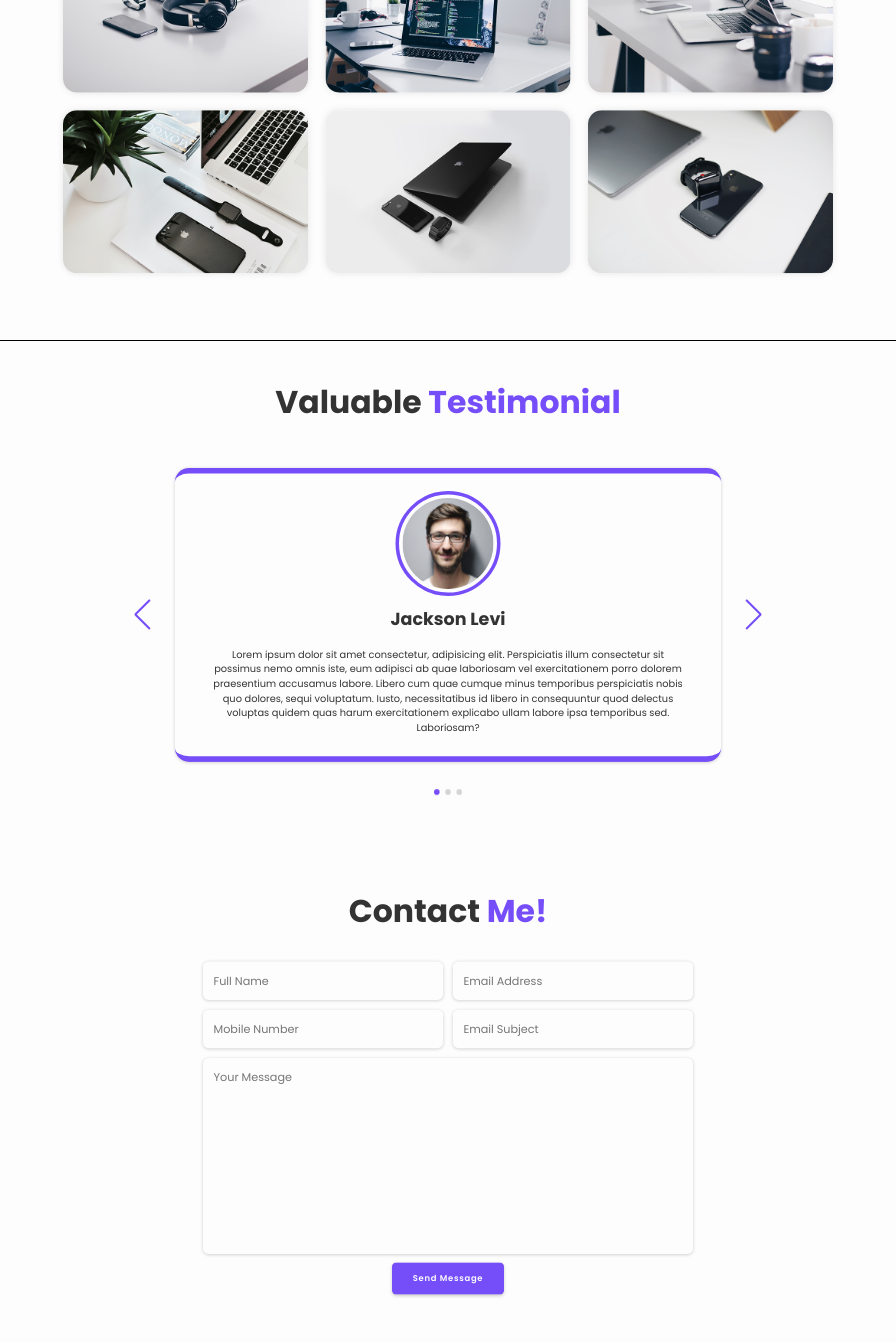
Repository: Gabi-Augusto/Portfolio
Page: index.html
An editor plug-in stored every save of this project. The page is shown before and after the next save, followed by the edit.
The browser window is 1280 px wide. The pictures show the part of the page from y = 2418 to 4338 px (the page is 4337 px tall before and 4338 px after), at 70% of full size.

Above is the page before, as saved 2023-11-29 21:01:25.

### index.html
<!DOCTYPE html>
<html lang="en">

<head>
    <meta charset="UTF-8">
    <meta http-equiv="X-UA-Compatible" content="IE=edge">
    <meta name="viewport" content="width=device-width, initial-scale=1.0">
    <title>Portfolio Website Design | Gabriela Augusto</title>

    <!-- swiper css -->
    <link rel="stylesheet" href="https://cdn.jsdelivr.net/npm/swiper@9/swiper-bundle.min.css" />

    <!-- box icons -->
    <link href='https://unpkg.com/boxicons@2.1.4/css/boxicons.min.css' rel='stylesheet'>

    <!-- custom css -->
    <link rel="stylesheet" href="css/style.css">
</head>

<body>

    <!-- header design -->
    <header class="header">
        <a href="#" class="logo">Portfolio.</a>

        <nav class="navbar">
            <a href="#home" class="active">Home</a>
            <a href="#about">About</a>
            <a href="#services">Services</a>
            <a href="#portfolio">Portfolio</a>
            <a href="#contact">Contact</a>
        </nav>

        <div class="bx bx-moon" id="darkMode-icon"></div>
    </header>

    <!-- home section design -->
    <section class="home" id="home">
        <div class="home-content">
            <h3>Hello, I am</h3>
            <h1>Gabriela Augusto</h1>
            <p>Lorem ipsum, dolor sit amet consectetur adipisicing elit. Veritatis sequi amet numquam sunt eius quae deleniti dolore voluptatum.</p>

            <div class="social-media">
                <a href="#"><i class='bx bxl-instagram-alt'></i></a>
                <a href="#"><i class='bx bxl-linkedin' ></i></a>
                <a href="#"><i class='bx bxl-github' ></i></a>
            </div>

            <a href="#" class="btn">Download CV</a>
        </div>

        <div class="profession-container">
            <div class="profession-box">
                <div class="profession" style="--i:0;">
                    <i class='bx bx-cloud'></i>
                    <h3>Salesforce Developer</h3>
                </div>
                <div class="profession" style="--i:1;">
                    <i class='bx bx-bulb'></i>
                    <h3>Business Analyst</h3>
                </div>
                <div class="profession" style="--i:2;">
                    <i class='bx bx-palette'></i>
                    <h3>Web Designer</h3>
                </div>
                <div class="profession" style="--i:3;">
                    <i class='bx bx-code-alt' ></i>
                    <h3>FullStack Developer</h3>
                </div>
                <div class="circle"></div>
            </div>
            <div class="overlay"></div>
        </div>
        <div class="home-img">
            <img src="imagens/home.png" alt="">
        </div>
    </section>

    <!-- about section design -->

    <section class="about" id="about">
        <div class="about-img">
            <img src="imagens/about.png" alt="">
        </div>

        <div class="about-content">
            <h2 class="heading">About <span>Me</span></h2>
            <h3>Hi, I'm Here To Help Your Next Project!</h3>
            <p>Lorem ipsum dolor sit, amet consectetur adipisicing elit. Consequatur laudantium reiciendis voluptates maxime optio cumque accusantium sunt temporibus cupiditate! Sed mollitia id doloribus nesciunt odit harum, praesentium aliquid. Soluta, harum est eveniet quos provident veritatis eaque ullam voluptate laudantium deleniti?</p>
            <a href="#" class="btn">Read More</a>
        </div>
    </section>

    <!-- services section design -->

    <section class="services" id="services">
        <h2 class="heading">My <span>Services</span></h2>

        <div class="services-container">
            <div class="services-box">
                <i class='bx bx-code-alt' ></i>
                <h3>Salesforce Development</h3>
                <p>Lorem ipsum dolor sit amet consectetur adipisicing elit. Corrupti quidem blanditiis error dignissimos. Quos eligendi totam quod nesciunt modi harum incidunt accusamus.</p>
                <a href="#" class="btn">Read More</a>
            </div>
            <div class="services-box">
                <i class='bx bxs-paint'></i>
                <h3>Graphic Design</h3>
                <p>Lorem ipsum dolor sit amet consectetur adipisicing elit. Corrupti quidem blanditiis error dignissimos. Quos eligendi totam quod nesciunt modi harum incidunt accusamus.</p>
                <a href="#" class="btn">Read More</a>
            </div>
            <div class="services-box">
                <i class='bx bx-bar-chart-alt'></i>
                <h3>Digital Marketing</h3>
                <p>Lorem ipsum dolor sit amet consectetur adipisicing elit. Corrupti quidem blanditiis error dignissimos. Quos eligendi totam quod nesciunt modi harum incidunt accusamus.</p>
                <a href="#" class="btn">Read More</a>
            </div>
        </div>
    </section>

    <!-- portfolio section design -->

    <section class="portfolio" id="portfolio">
        <h2 class="heading">Latest <span>Project</span></h2>

        <div class="portfolio-container">
            <div class="portfolio-box">
                <img src="imagens/portfolio1.jpg" alt="">

                <div class="portfolio-layer">
                    <h4>Web Desing</h4>
                    <p>Lorem ipsum dolor sit amet consectetur adipisicing elit. Asperiores, ut possimus!</p>
                    <a href="#"><i class='bx bx-link-external' ></i></a>
                </div>
            </div>

            <div class="portfolio-box">
                <img src="imagens/portfolio2.jpg" alt="">

                <div class="portfolio-layer">
                    <h4>Web Desing</h4>
                    <p>Lorem ipsum dolor sit amet consectetur adipisicing elit. Asperiores, ut possimus!</p>
                    <a href="#"><i class='bx bx-link-external' ></i></a>
                </div>
            </div>

            <div class="portfolio-box">
                <img src="imagens/portfolio3.jpg" alt="">

                <div class="portfolio-layer">
                    <h4>Web Desing</h4>
                    <p>Lorem ipsum dolor sit amet consectetur adipisicing elit. Asperiores, ut possimus!</p>
                    <a href="#"><i class='bx bx-link-external' ></i></a>
                </div>
            </div>

            <div class="portfolio-box">
                <img src="imagens/portfolio4.jpg" alt="">

                <div class="portfolio-layer">
                    <h4>Web Desing</h4>
                    <p>Lorem ipsum dolor sit amet consectetur adipisicing elit. Asperiores, ut possimus!</p>
                    <a href="#"><i class='bx bx-link-external' ></i></a>
                </div>
            </div>

            <div class="portfolio-box">
                <img src="imagens/portfolio5.jpg" alt="">

                <div class="portfolio-layer">
                    <h4>Web Desing</h4>
                    <p>Lorem ipsum dolor sit amet consectetur adipisicing elit. Asperiores, ut possimus!</p>
                    <a href="#"><i class='bx bx-link-external' ></i></a>
                </div>
            </div>

            <div class="portfolio-box">
                <img src="imagens/portfolio6.jpg" alt="">

                <div class="portfolio-layer">
                    <h4>Web Desing</h4>
                    <p>Lorem ipsum dolor sit amet consectetur adipisicing elit. Asperiores, ut possimus!</p>
                    <a href="#"><i class='bx bx-link-external' ></i></a>
                </div>
            </div>

        </div>
    </section>

    <!-- testimonial design -->

    <div class="testimonial-container">
        <h2 class="heading">Valuable <span>Testimonial</span></h2>

        <div class="testimonial-wrapper">
            <div class="testimonial-box mySwiper">
                <div class="testimonial-content swiper-wrapper">
                    <div class="testimonial-slide swiper-slide">
                        <img src="imagens/testimonial1.jpg" alt="">
                        <h3>Jackson Levi</h3>
                        <p>Lorem ipsum dolor sit amet consectetur, adipisicing elit. Perspiciatis illum consectetur sit possimus nemo omnis iste, eum adipisci ab quae laboriosam vel exercitationem porro dolorem praesentium accusamus labore. Libero cum quae cumque minus temporibus perspiciatis nobis quo dolores, sequi voluptatum. Iusto, necessitatibus id libero in consequuntur quod delectus voluptas quidem quas harum exercitationem explicabo ullam labore ipsa temporibus sed. Laboriosam?</p>
                    </div>

                    <div class="testimonial-slide swiper-slide">
                        <img src="imagens/testimonial2.jpg" alt="">
                        <h3>Flora Ocean</h3>
                        <p>Lorem ipsum dolor sit amet consectetur, adipisicing elit. Perspiciatis illum consectetur sit possimus nemo omnis iste, eum adipisci ab quae laboriosam vel exercitationem porro dolorem praesentium accusamus labore. Libero cum quae cumque minus temporibus perspiciatis nobis quo dolores, sequi voluptatum. Iusto, necessitatibus id libero in consequuntur quod delectus voluptas quidem quas harum exercitationem explicabo ullam labore ipsa temporibus sed. Laboriosam?</p>
                    </div>

                    <div class="testimonial-slide swiper-slide">
                        <img src="imagens/testimonial3.jpg" alt="">
                        <h3>Julian Grayson</h3>
                        <p>Lorem ipsum dolor sit amet consectetur, adipisicing elit. Perspiciatis illum consectetur sit possimus nemo omnis iste, eum adipisci ab quae laboriosam vel exercitationem porro dolorem praesentium accusamus labore. Libero cum quae cumque minus temporibus perspiciatis nobis quo dolores, sequi voluptatum. Iusto, necessitatibus id libero in consequuntur quod delectus voluptas quidem quas harum exercitationem explicabo ullam labore ipsa temporibus sed. Laboriosam?</p>
                    </div>
                </div>

                <div class="swiper-button-next"></div>
                <div class="swiper-button-prev"></div>
                <div class="swiper-pagination"></div>

            </div>
        </div>
    </div>

    <!-- contact section design -->

    <section class="contact" id="contact">
        <h2 class="heading">Contact <span>Me!</span></h2>

        <form action="#">

            <div class="input-box">
                <input type="text" placeholder="Full Name">
                <input type="email" placeholder="Email Address">
            </div>

            <div class="input-box">
                <input type="number" placeholder="Mobile Number">
                <input type="text" placeholder="Email Subject">
            </div>
            <textarea name="" id="" cols="30" rows="10" placeholder="Your Message"></textarea>
            <input type="submit" value="Send Message" class="btn">
        </form>
    </section>

    <!-- footer design -->


    <!-- scroll reveal -->
    <script src="https://unpkg.com/scrollreveal"></script>

    <!-- swiper js -->
    <script src="https://cdn.jsdelivr.net/npm/swiper@9/swiper-bundle.min.js"></script>

    <!-- custom js -->
    <script src="js/script.js"></script>
</body>

</html>

### css/style.css
@import url('https://fonts.googleapis.com/css2?family=Poppins:wght@300;400;500;600;700;800;900&display=swap');

* {
    margin: 0;
    padding: 0;
    box-sizing: border-box;
    text-decoration: none;
    border: none;
    outline: none;
    scroll-behavior: smooth;
    font-family: 'Poppins', sans-serif;
}

:root {
    --bg-color: #fdfdfd;
    --text-color: #333;
    --main-color: #754ef9;
    --white-color: #fdfdfd;
    --shadow-color: rgba(0, 0, 0, .2);
}

html {
    font-size: 62.5%;
    overflow-x: hidden;
}

body {
    background: var(--bg-color);
    color: var(--text-color);
}

.header {
    position: fixed;
    top: 0;
    left: 0;
    width: 100%;
    padding: 2rem 7%;
    background: transparent;
    display: flex;
    align-items: center;
    z-index: 100;
    transition: .5s;
}

.header.sticky {
    background: var(--bg-color);
    box-shadow: 0 .1rem 1rem var(--shadow-color);
}

.logo {
    font-size: 2.5rem;
    color: var(--main-color);
    font-weight: 600;
    cursor: default;
    margin-right: auto;
}

.navbar a {
    position: relative;
    font-size: 1.7rem;
    color: var(--white-color);
    font-weight: 500;
    margin-right: 3.5rem;
}

.header.sticky .navbar a {
    color: var(--text-color);
}

.header.sticky .navbar a.active {
    color: var(--main-color);
}

.navbar a.active::before{
    content: '';
    position: absolute;
    left: 0;
    bottom: -6px;
    width: 100%;
    height: .2rem;
    background: var(--white-color);
}

.header.sticky .navbar a::before {
    background: var(--main-color);
    opacity: .7;
}

#darkMode-icon {
    font-size: 2.4rem;
    color: var(--white-color);
    cursor: pointer;
}

.header.sticky #darkMode-icon{
    color: var(--text-color);
    opacity: .9;
}

section {
    min-height: 100vh;
    padding: 7rem 7% 2rem;
}

.home {
    display: flex;
    align-items: center;
}

.home .home-content {
    max-width: 44rem;
}

.home-content h3 {
    font-size: 3.2rem;
    font-weight: 700;
    line-height: .3;
}

.home-content h1 {
    font-size: 4.8rem;
    font-weight: 700;
    margin-bottom: .3rem;
}

.home-content p {
    font-size: 1.6rem;
}

.home-content .social-media a {
    display: inline-flex;
    justify-content: center;
    align-items: center;
    width: 4rem;
    height: 4rem;
    background: transparent;
    border: .2rem solid var(--main-color);
    border-radius: 50%;
    box-shadow: 0 .2rem .5rem  var(--shadow-color);
    font-size: 2rem;
    color: var(--main-color);
    margin: 2.5rem 1.5rem 3rem 0;
    transition: .5s ease;
}

.home-content .social-media a:hover {
    background: var(--main-color);
    color: var(--white-color);
}

.btn {
    display: inline-block;
    padding: 1.2rem 2.8rem;
    background: var(--main-color);
    border-radius: .6rem;
    box-shadow: 0 .2rem .5rem var(--shadow-color);
    font-size: 1.2rem;
    color: var(--white-color);
    letter-spacing: .1rem;
    font-weight: 600;
    border: .2rem solid transparent;
    transition: .5s ease;
}

.btn:hover {
    background: transparent;
    color: var(--main-color);
    border-color: var(--main-color);
}

.home .profession-container {
    position: absolute;
    top: 48%;
    right: 30px;
    transform: translateY(-50%);
    width: 680px;
    height: 680px;
    overflow: hidden;
    pointer-events: none;
}

.home .profession-container .profession-box {
    position: absolute;
    top: 0;
    right: 0;
    width: 680px;
    height: 680px;
    border-radius: 50%;
    display: flex;
    justify-content: center;
    align-items: center;
}

.home .profession-box .profession {
    position: absolute;
    left: 0;
    display: flex;
    align-items: center;
    flex-direction: column;
    color: var(--main-color);
    transform: rotate(calc(360deg / 4 * var(--i)));
    transform-origin: 340px;
    background: var(--bg-color);
    padding: 13px 0;
}

.home .profession-box .profession:nth-child(1) i {
    margin-right: 15px;
}

.home .profession-box .profession:nth-child(2),
.home .profession-box .profession:nth-child(4) {
    padding-bottom: 20px;
}

.home .profession i {
    font-size: 3.8rem;
}

.home .profession h3 {
    font-size: 2.4rem;
    line-height: 1;
    font-weight: 600;
}

.home .profession-box .circle {
    width: 520px;
    height: 520px;
    border: 3px solid var(--main-color);
    border-radius: 50%;
}

.home .profession-container .overlay {
    position: absolute;
    top: 0;
    right: 0;
    width: 0;
    height: 0;
    border-top: 340px solid var(--main-color);
    border-right: 340px solid var(--main-color);
    border-bottom: 340px solid var(--main-color);
    border-left: 340px solid transparent;
}

.home-img img {
    position: absolute;
    bottom: 0;
    top: 83px;
    right: 70px;
    width: 29%;
    pointer-events: none;
}

span {
    color: var(--main-color);
}

.about {
    display: flex;
    justify-content: center;
    align-items: center;
    gap: 6rem;
}

.about-img img {
    width: 40vw;
}

.heading {
    font-size: 4.5rem;
    text-align: center;
}

.about-content h2 {
    text-align: left;
    line-height: 1.2;
}

.about-content h3 {
    font-size: 2rem;
}

.about-content p {
    font-size: 1.6rem;
    margin: 2rem 0 3rem;
}

.services {
    min-height: auto;
    padding-bottom: 7rem;
}

.services h2 {
    margin-bottom: 5rem;
}

.services .services-container {
    display: flex;
    justify-content: center;
    align-items: center;
    flex-wrap: wrap;
    gap: 2rem;
}

.services-container .services-box {
    flex: 1 1 30rem;
    background: var(--bg-color);
    padding: 3rem 2rem 4rem;
    border-radius: 2rem;
    box-shadow: 0 .1rem .5rem var(--shadow-color);
    text-align: center;
    border-top: .6rem solid var(--main-color);
    border-bottom: .6rem solid var(--main-color);
    transition: .5s ease;
}

.services-container .services-box:hover {
    box-shadow: 0 .1rem 2rem var(--shadow-color);
    transform: scale(1.02);
}

.services-box i {
    font-size: 7rem;
    color: var(--main-color);
}

.services-box h3 {
    font-size: 2.6rem;
    transition: .5s ease;
}

.services-box:hover h3 {
    color: var(--main-color);
}

.services-box p {
    font-size: 1.6rem;
    margin: 1rem 0 3rem;
}

.portfolio {
    padding-bottom: 10rem;
}

.portfolio h2 {
    margin-bottom: 4rem;
}

.portfolio .portfolio-container {
    display: grid;
    grid-template-columns: repeat(3, 1fr);
    align-items: center;
    gap: 2.5rem;
}

.portfolio-container .portfolio-box{
    position: relative;
    display: flex;
    border-radius: 2rem;
    box-shadow: 0 0 1rem rgba(0, 0, 0, .1);
    overflow: hidden;
}

.portfolio-box img {
    width: 100%;
    transition: .5s ease;
}

.portfolio-box:hover img {
    transform: scale(1.1);
}

.portfolio-box .portfolio-layer {
    position: absolute;
    bottom: 0;
    left: 0;
    width: 100%;
    height: 100%;
    background: linear-gradient(rgba(0, 0, 0, .1), var(--main-color));
    color: var(--white-color);
    display: flex;
    justify-content: center;
    align-items: center;
    flex-direction: column;
    text-align: center;
    padding: 0 4rem;
    opacity: 0;
    transition: .5s ease;
}

.portfolio-box:hover .portfolio-layer {
    opacity: 1;
}

.portfolio-layer h4 {
    font-size: 3rem;
}

.portfolio-layer p {
    font-size: 1.6rem;
    margin: .3rem 0 1rem;
}

.portfolio-layer a {
    display: inline-flex;
    justify-content: center;
    align-items: center;
    width: 5rem;
    height: 5rem;
    background: var(--white-color);
    border-radius: 50%;
}

.portfolio-layer a i {
    font-size: 2rem;
    color: #333;
}

.testimonial-container {
    display: flex;
    align-items: center;
    flex-direction: column;
    width: 100%;
    padding: 5rem 1rem;
}

.testimonial-container .testimonial-wrapper {
    position: relative;
    max-width: 90rem;
    width: 100%;
    padding: 5rem;
}

.testimonial-wrapper .testimonial-box {
    padding: 1rem;
    border-radius: 2rem;
    overflow: hidden;
}

.testimonial-content .testimonial-slide {
    display: flex;
    align-items: center;
    flex-direction: column;
    background: var(--bg-color);
    border-radius: 2rem;
    box-shadow: 0 .1rem .5rem var(--shadow-color);
    padding: 3rem 5rem;
    border-top: .8rem solid var(--main-color);
    border-bottom: .8rem solid var(--main-color);
}

.testimonial-slide img {
    width: 14rem;
    height: 14rem;
    object-fit: cover;
    border-radius: 50%;
    border: .5rem solid var(--bg-color);
    outline: .5rem solid var(--main-color);
}

.testimonial-slide h3 {
    font-size: 2.5rem;
    margin: 2rem 0;
}

.testimonial-slide p {
    font-size: 1.4rem;
    text-align: center;
}

.testimonial-box .swiper-button-next,
.testimonial-box .swiper-button-prev {
    color: var(--main-color);
}

.testimonial-box .swiper-button-next {
    right: 0;
}

.testimonial-box .swiper-button-prev {
    left: 0;
}

.testimonial-box .swiper-pagination-bullet {
    background: rgba(0, 0, 0, .8);
}

.testimonial-box .swiper-pagination-bullet-active {
    background: var(--main-color);
}

.contact h2 {
    margin-bottom: 3rem;
}

.contact form {
    max-width: 70rem;
    margin: 1rem auto;
    text-align: center;
    margin-bottom: 3rem;
}

.contact form .input-box {
    display: flex;
    justify-content: space-between;
    flex-wrap: wrap;
}

.contact form .input-box input,
.contact form textarea {
    width: 100%;
    padding: 1.5rem;
    font-size: 1.6rem;
    color: var(--text-color);
    background: var(--bg-color);
    border-radius: .8rem;
    margin: .7rem 0;
    box-shadow: 0 .1rem .5rem var(--shadow-color);
}

.contact form .input-box input {
    width: 49%;
}

.contact form textarea {
    resize: none;
}

### js/script.js
/*========== menu icon navbar ==========*/
let menuIcon = document.querySelector('#menu-icon');
let navbar = document.querySelector('.navbar');


/*========== scroll sections active link ==========*/
let sections = document.querySelectorAll('section');
let navLinks = document.querySelectorAll('header nav a');

window.onscroll = () => {
    /*========== sticky navbar ==========*/
    let header = document.querySelector('.header');

    header.classList.toggle('sticky', window.scrollY > 100);
    /*========== remove menu icon navbar when click navbar link (scroll) ==========*/
};


/*========== swiper ==========*/

var swiper = new Swiper(".mySwiper", {
    slidesPerView: 1,
    spaceBetween: 50,
    loop: true,
    grabCursor: true,
    pagination: {
      el: ".swiper-pagination",
      clickable: true,
    },
    navigation: {
      nextEl: ".swiper-button-next",
      prevEl: ".swiper-button-prev",
    },
  });


/*========== dark light mode ==========*/

/*========== scroll reveal ==========*/

After the next save:
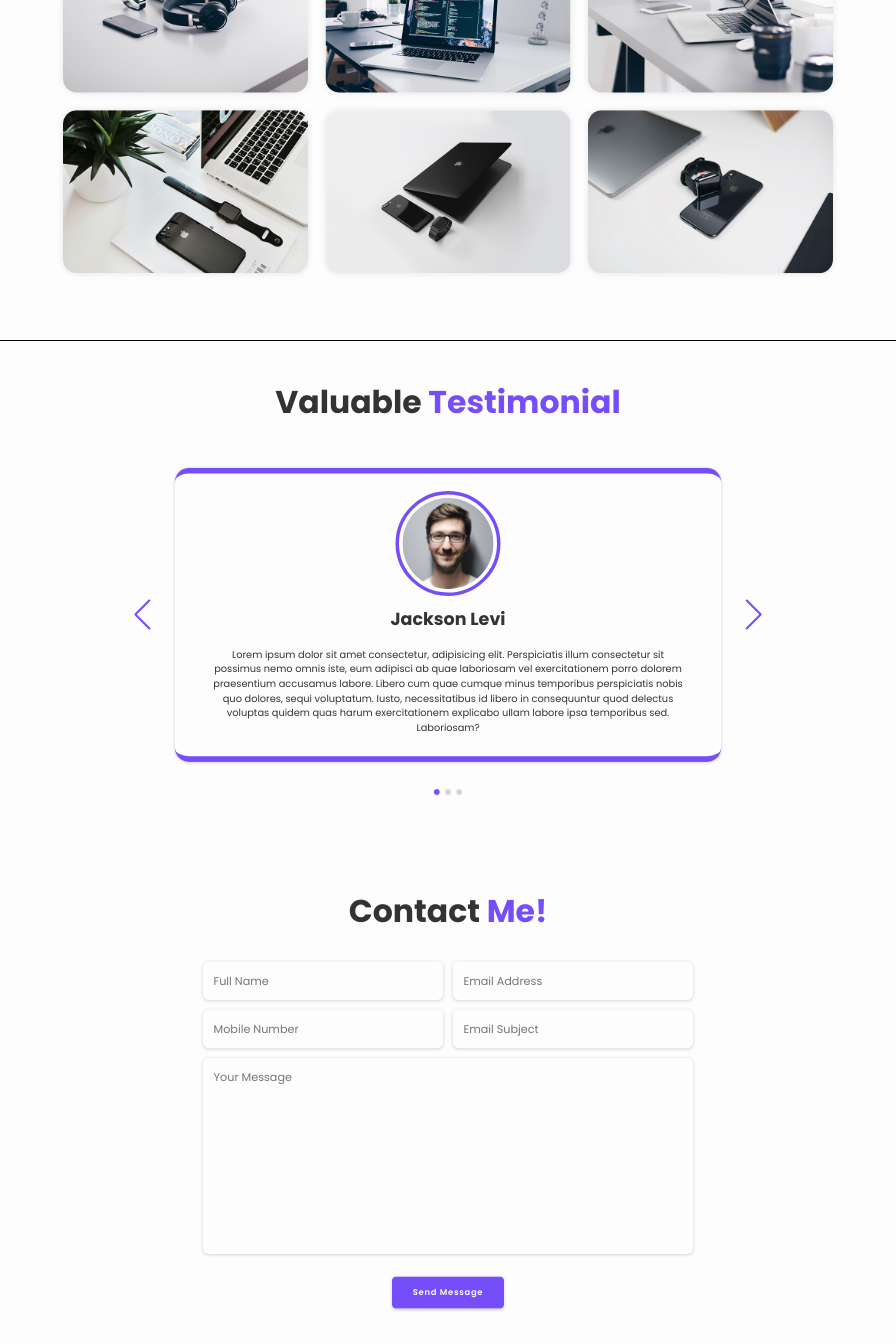
Saved 69 s later.
--- a/css/style.css
+++ b/css/style.css
@@ -525,3 +525,8 @@ span {
 .contact form textarea {
     resize: none;
 }
+
+.contact form .btn {
+    margin-top: 2rem;
+    cursor: pointer;
+}
